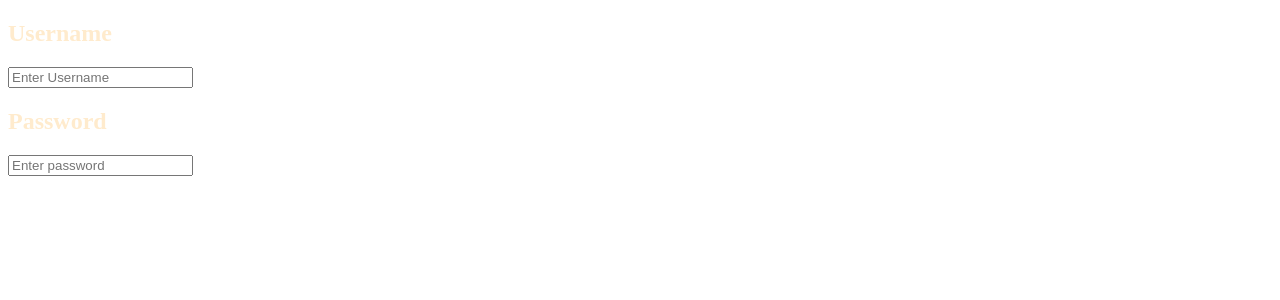
Repository: Avi7050/Web-Projects
Page: Login_Project/src/main/webapp/index.html
The author's editor kept a copy of each file at every save. The page is drawn from the files as they stood at one save, then again after the next save.
The browser window is 1280 px wide. The pictures show the whole page.

Above is the page before, as saved 2024-01-10 11:55:24.

After the next save:
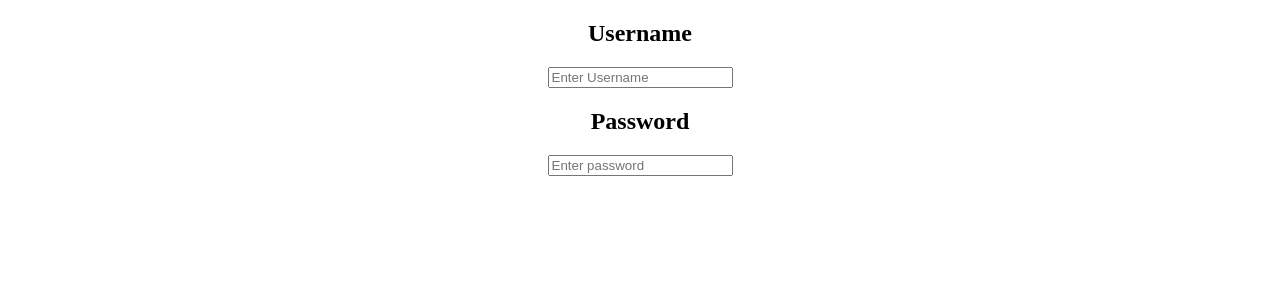
Saved 3 min 22 s later.
--- a/Login_Project/src/main/webapp/index.html
+++ b/Login_Project/src/main/webapp/index.html
@@ -4,7 +4,7 @@
 	<meta charset="UTF-8">
 	<title>Login Project</title>
 </head>
-	<body><div style="color: blanchedalmond;" text="center" >
+	<body><div style="text-align: center;">
 		<h2>Username </h2>
 		<input type="text" name="userName" placeholder="Enter Username"/><br>
 		<h2>Password </h2>
